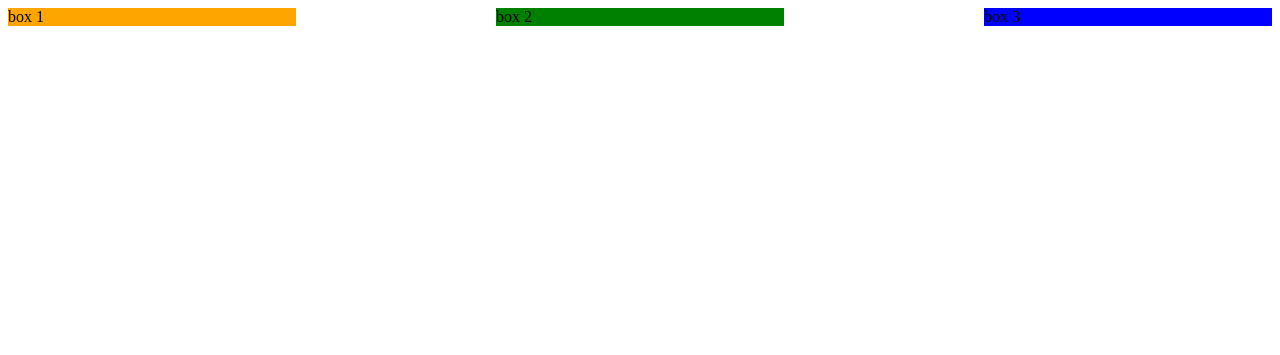
Repository: tianjiewang2022/tianjiewang2022.github.io
Page: index.html
An editor plug-in stored every save of this project. The page is shown before and after the next save, followed by the edit.
The browser window is 1280 px wide. The pictures show the whole page.

Above is the page before, as saved 2023-10-01 21:42:03.

### index.html
<html>

    <head>
        <style>
            .grid-container {
                display: grid;
                grid-template-areas:
                    "box1 box2 box3 "
                ;
                grid-template-columns: 1fr 1fr 1fr;
                grid-auto-rows: 1fr;
                grid-gap: 200px;
            }

            .box1 {
                background-color: orange;
                grid-column: 1/span 3;
                grid-area: box1;
            }

            .box2 {
                background-color: green;
                grid-row: 1/span 3;
                grid-area: box2;

            }

            .box3 {
                grid-area: box3;
                background-color: blue;
            }
        </style>

    </head>

    <body>

        <div class="container">

        </div>

        <div class="grid-container">
            <span class="box1">
                box 1
            </span>
            <span class="box2">
                box 2
            </span>
            <span class="box3">
                box 3
            </span>



        </div>


    </body>

</html>

After the next save:
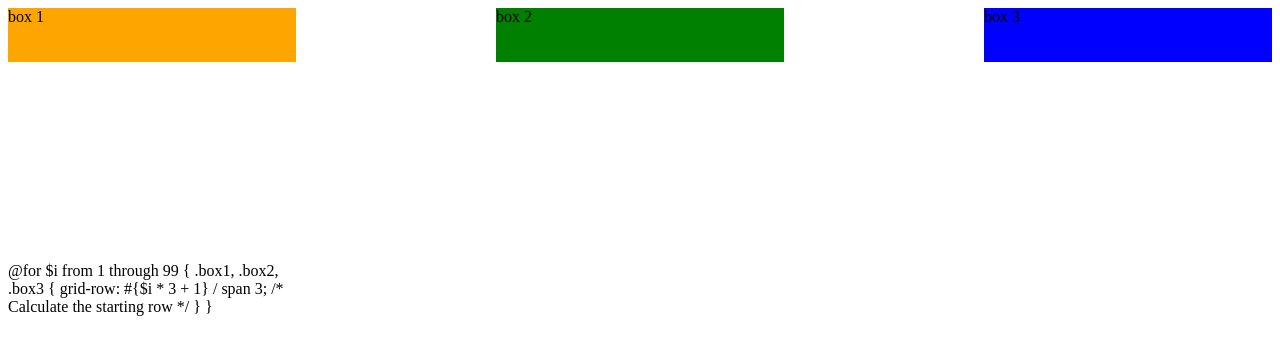
Saved 17 s later.
--- a/index.html
+++ b/index.html
@@ -49,6 +49,11 @@
             <span class="box3">
                 box 3
             </span>
+            @for $i from 1 through 99 {
+            .box1, .box2, .box3 {
+            grid-row: #{$i * 3 + 1} / span 3; /* Calculate the starting row */
+            }
+            }
 
 
 
